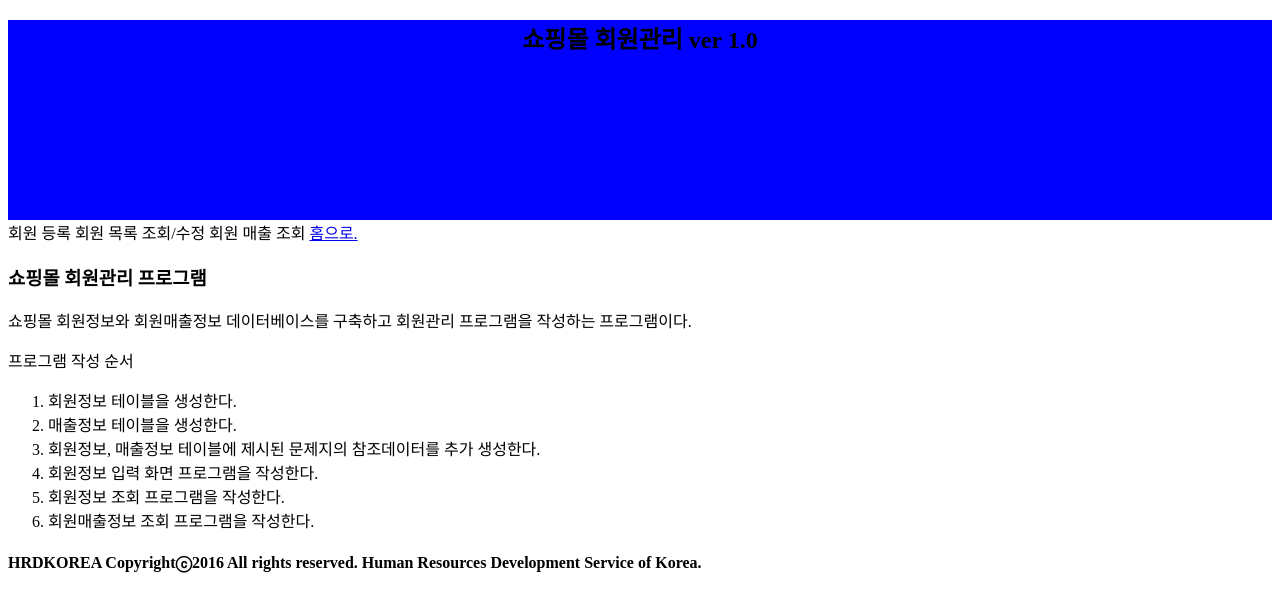
Repository: brightjy/Today-what-I-practiced
Page: http://localhost/HRD_900108/main/main.jsp
The author's editor kept a copy of each file at every save. The page is drawn from the files as they stood at one save, then again after the next save.
The browser window is 1280 px wide. The pictures show the whole page.
The page is served by Tomcat 9.

Above is the page before, as saved 2020-05-09 11:35:40.

### hrdkorea_0509/HRD_900108/WebContent/main/main.jsp
<%@ page language="java" contentType="text/html; charset=UTF-8"
    pageEncoding="UTF-8"%>
<!DOCTYPE html>
<html>
<head>
<meta charset="UTF-8">
<title>Insert title here</title>
</head>
<body>
	<jsp:include page="../main/header.jsp"/>
	<section>
		<h3>쇼핑몰 회원관리 프로그램</h3>
		<p>쇼핑몰 회원정보와 회원매출정보 데이터베이스를 구축하고 회원관리 프로그램을 작성하는 프로그램이다.</p>
		<p>프로그램 작성 순서</p>
		<ol>
			<li>회원정보 테이블을 생성한다.</li>
			<li>매출정보 테이블을 생성한다.</li>
			<li>회원정보, 매출정보 테이블에 제시된 문제지의 참조데이터를 추가 생성한다.</li>
			<li>회원정보 입력 화면 프로그램을 작성한다.</li>
			<li>회원정보 조회 프로그램을 작성한다.</li>
			<li>회원매출정보 조회 프로그램을 작성한다.</li>
		</ol>
	</section>
	<jsp:include page="../main/footer.jsp"/>
</body>
</html>

### hrdkorea_0509/HRD_900108/WebContent/main/header.jsp
<%@ page language="java" contentType="text/html; charset=UTF-8"
    pageEncoding="UTF-8"%>
<!DOCTYPE html>
<html>
<head>
<meta charset="UTF-8">
<title>Insert title here</title>
<style>
	header{
		margin:0 auto;
		height:200px;
	}
	header {
		background-color:blue;
	}
	header h2{
		text-align:center;
	}
</style>
</head>
<body>
	<header>
		<h2>쇼핑몰 회원관리 ver 1.0</h2>
	</header>
	<nav>
		<a>회원 등록</a>
		<a>회원 목록 조회/수정</a>
		<a>회원 매출 조회</a>
		<a href="main.do">홈으로.</a>
	</nav>
</body>
</html>

### hrdkorea_0509/HRD_900108/WebContent/main/footer.jsp
<%@ page language="java" contentType="text/html; charset=UTF-8"
    pageEncoding="UTF-8"%>
<!DOCTYPE html>
<html>
<head>
<meta charset="UTF-8">
<title>Insert title here</title>
</head>
<body>
	<footer>
		<h4>HRDKOREA Copyrightⓒ2016 All rights reserved. Human Resources Development Service of Korea.</h4>
	</footer>
</body>
</html>

After the next save:
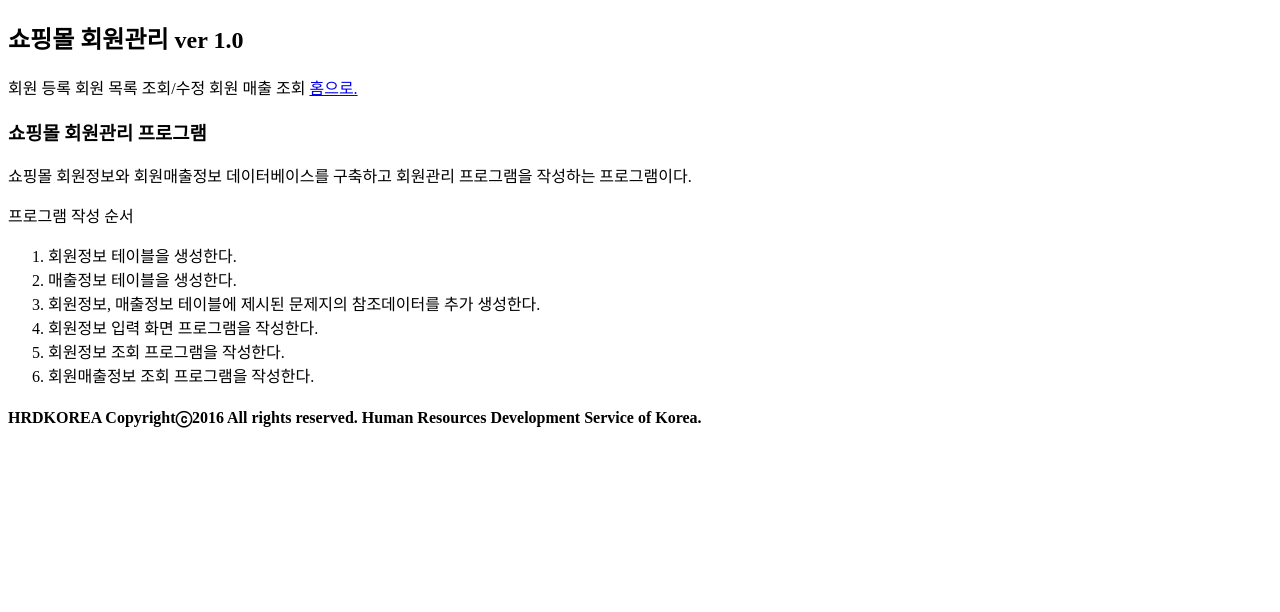
Saved 4 s later.
--- a/hrdkorea_0509/HRD_900108/WebContent/main/header.jsp
+++ b/hrdkorea_0509/HRD_900108/WebContent/main/header.jsp
@@ -5,18 +5,7 @@
 <head>
 <meta charset="UTF-8">
 <title>Insert title here</title>
-<style>
-	header{
-		margin:0 auto;
-		height:200px;
-	}
-	header {
-		background-color:blue;
-	}
-	header h2{
-		text-align:center;
-	}
-</style>
+
 </head>
 <body>
 	<header>

After the save that followed:
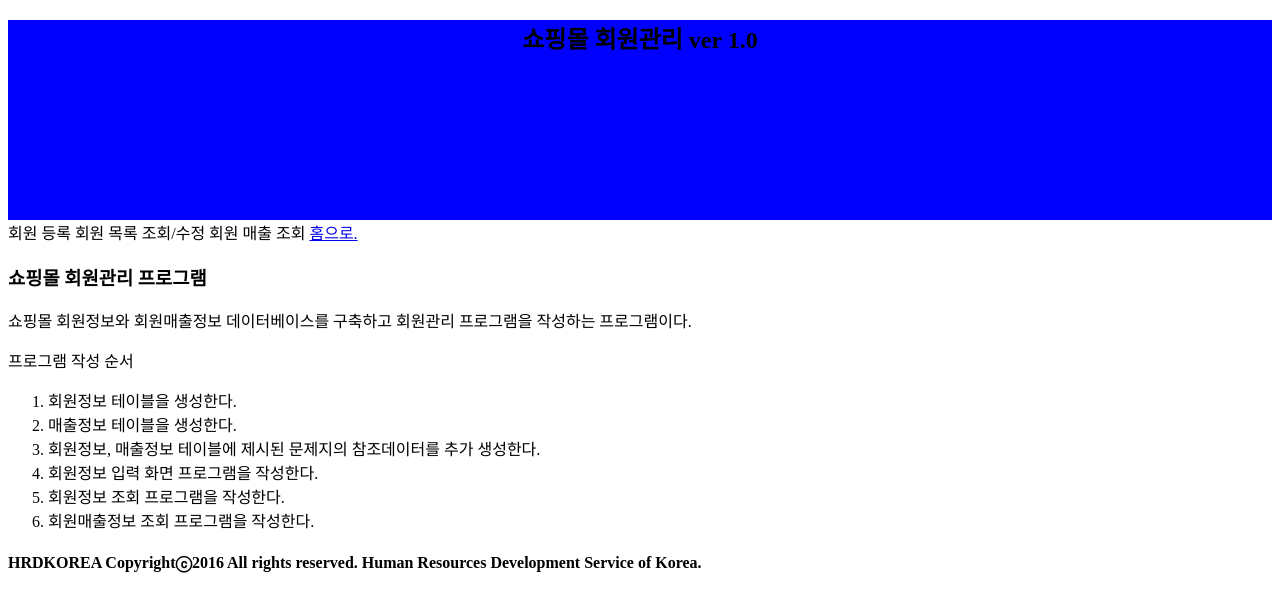
Saved 4 s later.
--- a/hrdkorea_0509/HRD_900108/WebContent/main/main.jsp
+++ b/hrdkorea_0509/HRD_900108/WebContent/main/main.jsp
@@ -5,6 +5,18 @@
 <head>
 <meta charset="UTF-8">
 <title>Insert title here</title>
+<style>
+	header{
+		margin:0 auto;
+		height:200px;
+	}
+	header {
+		background-color:blue;
+	}
+	header h2{
+		text-align:center;
+	}
+</style>
 </head>
 <body>
 	<jsp:include page="../main/header.jsp"/>
